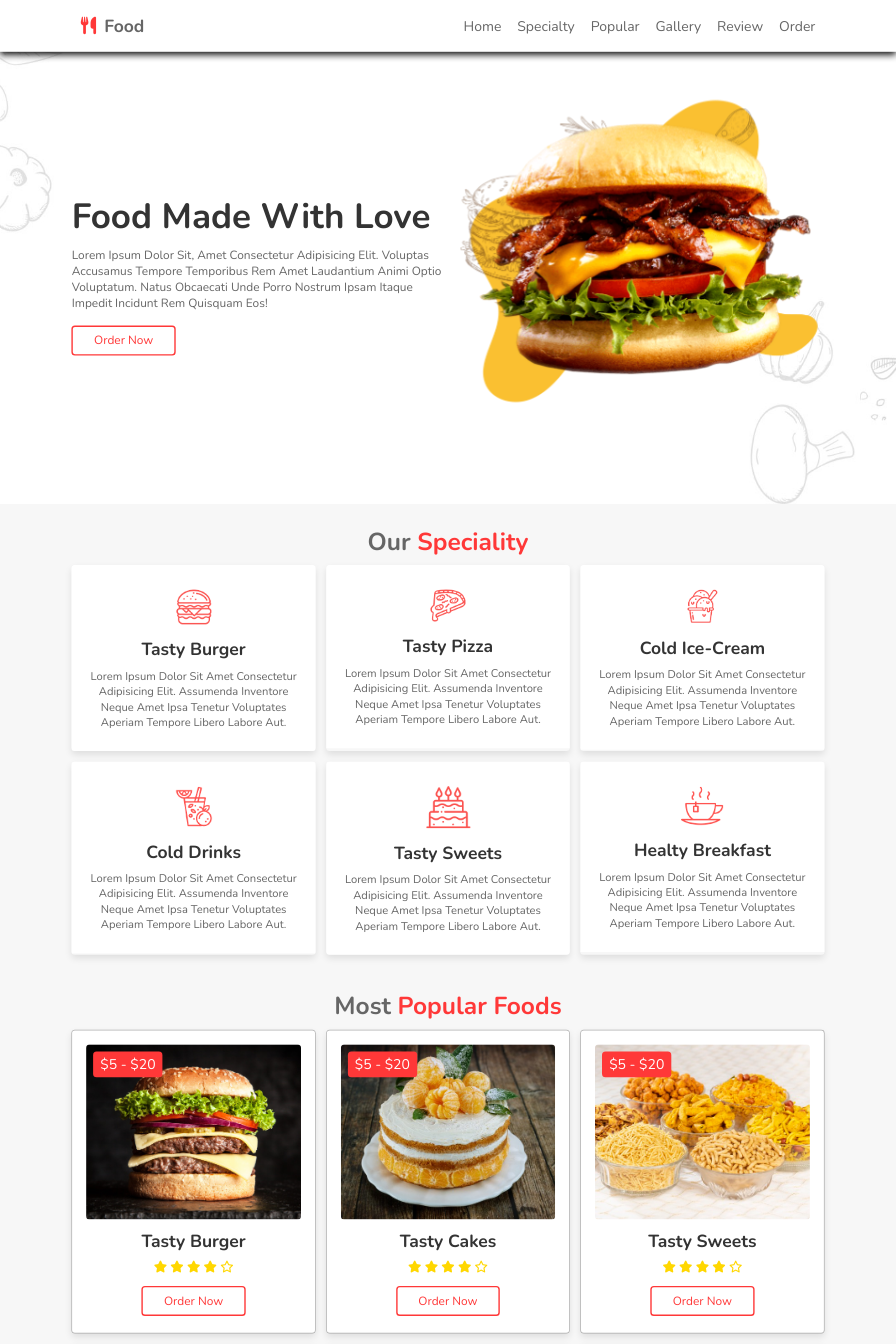
Repository: wenxi0504/ResturantApp-static-
Page: index.html
These files come from the project's save history. The page is drawn as it stood at one moment and after the next save; the edit follows.
The browser window is 1280 px wide. The pictures show the part of the page from y = 0 to 1920 px (the page is 2374 px tall before and 3242 px after), at 70% of full size.

Above is the page before, as saved 2022-01-10 00:23:33.
Console error: TypeError: Cannot read properties of null (reading 'classList')

### index.html
<!DOCTYPE html>
<html lang="en">
  <head>
    <meta charset="UTF-8" />
    <meta http-equiv="X-UA-Compatible" content="IE=edge" />
    <meta name="viewport" content="width=device-width, initial-scale=1.0" />
    <title>Maple Yip Seafood Restaurant</title>
    <!-- font awesome cnd link-->
    <link
      rel="stylesheet"
      href="https://cdnjs.cloudflare.com/ajax/libs/font-awesome/6.0.0-beta3/css/all.min.css"
    />
    <!--custom css link-->
    <link rel="stylesheet" href="./style.css" />
  </head>
  <body>
    <!--header section-->
    <header>
      <!-- current page-->
      <a href="#" class="logo"><i class="fas fa-utensils"></i> food </a>
      <div id="menu-bar" class="fas fa-bars"></div>
      <nav class="navbar">
        <a href="#home">Home</a>
        <a href="#speciality">Specialty</a>
        <a href="#popular">Popular</a>
        <a href="#gallery">gallery</a>
        <a href="#revire">Review</a>
        <a href="#order">Order</a>
      </nav>
    </header>
    <!-- header section ends-->
    <!--home section-->
    <section class="home" id="home">
      <div class="content">
        <h3>food made with love</h3>
        <p>
          Lorem ipsum dolor sit, amet consectetur adipisicing elit. Voluptas
          accusamus tempore temporibus rem amet laudantium animi optio
          voluptatum. Natus obcaecati unde porro nostrum ipsam itaque impedit
          incidunt rem quisquam eos!
        </p>
        <a href="#" class="btn">order now</a>
      </div>
      <div class="image">
        <img src="images/home-img.png" alt="home-img" />
      </div>
    </section>
    <!--home section ends-->

<!--Specialty section -->
<section class="speciality" id="speciality">
    <h1 class="heading">Our <span>Speciality</span></h1>
    <div class="box-container">
        <div class="box">
            <img class="image" src="images/s-img-1.jpg" alt="s-image">
            <div class="content">
                <img src="images/s-1.png" alt="s-1">
                <h3>tasty burger</h3>
                <p>Lorem ipsum dolor sit amet consectetur adipisicing elit. Assumenda inventore neque amet ipsa tenetur voluptates aperiam tempore libero labore aut.</p>
            </div>
        </div>
        <div class="box">
            <img class="image" src="images/s-img-2.jpg" alt="">
            <div class="content">
                <img src="images/s-2.png" alt="">
                <h3>tasty pizza</h3>
                <p>Lorem ipsum dolor sit amet consectetur adipisicing elit. Assumenda inventore neque amet ipsa tenetur voluptates aperiam tempore libero labore aut.</p>
            </div>
        </div>
        <div class="box">
            <img class="image" src="images/s-img-3.jpg" alt="">
            <div class="content">
                <img src="images/s-3.png" alt="">
                <h3>cold ice-cream</h3>
                <p>Lorem ipsum dolor sit amet consectetur adipisicing elit. Assumenda inventore neque amet ipsa tenetur voluptates aperiam tempore libero labore aut.</p>
            </div>
        </div>
        <div class="box">
            <img class="image" src="images/s-img-4.jpg" alt="">
            <div class="content">
                <img src="images/s-4.png" alt="">
                <h3>cold drinks</h3>
                <p>Lorem ipsum dolor sit amet consectetur adipisicing elit. Assumenda inventore neque amet ipsa tenetur voluptates aperiam tempore libero labore aut.</p>
            </div>
        </div>
        <div class="box">
            <img class="image" src="images/s-img-5.jpg" alt="">
            <div class="content">
                <img src="images/s-5.png" alt="">
                <h3>tasty sweets</h3>
                <p>Lorem ipsum dolor sit amet consectetur adipisicing elit. Assumenda inventore neque amet ipsa tenetur voluptates aperiam tempore libero labore aut.</p>
            </div>
        </div>
        <div class="box">
            <img class="image" src="images/s-img-6.jpg" alt="">
            <div class="content">
                <img src="images/s-6.png" alt="">
                <h3>healty breakfast</h3>
                <p>Lorem ipsum dolor sit amet consectetur adipisicing elit. Assumenda inventore neque amet ipsa tenetur voluptates aperiam tempore libero labore aut.</p>
            </div>
        </div>
    </div>
</section>
<!--Specialty section ends-->
<!--popular section-->
<section class="popular" id="popular">
    <h1 class="heading">most <span>popular foods</span></h1>
<div class="box-container">
    <div class="box">
        <span class="price"> $5 - $20 </span>
        <img src="images/p-1.jpg" alt="">
        <h3>tasty burger</h3>
        <div class="stars">
            <i class="fas fa-star"></i>
            <i class="fas fa-star"></i>
            <i class="fas fa-star"></i>
            <i class="fas fa-star"></i>
            <i class="far fa-star"></i>
        </div>
        <a href="#" class="btn">order now</a>
    </div>
    <div class="box">
        <span class="price"> $5 - $20 </span>
        <img src="images/p-2.jpg" alt="">
        <h3>tasty cakes</h3>
        <div class="stars">
            <i class="fas fa-star"></i>
            <i class="fas fa-star"></i>
            <i class="fas fa-star"></i>
            <i class="fas fa-star"></i>
            <i class="far fa-star"></i>
        </div>
        <a href="#" class="btn">order now</a>
    </div>
    <div class="box">
        <span class="price"> $5 - $20 </span>
        <img src="images/p-3.jpg" alt="">
        <h3>tasty sweets</h3>
        <div class="stars">
            <i class="fas fa-star"></i>
            <i class="fas fa-star"></i>
            <i class="fas fa-star"></i>
            <i class="fas fa-star"></i>
            <i class="far fa-star"></i>
        </div>
        <a href="#" class="btn">order now</a>
    </div>
    <div class="box">
        <span class="price"> $5 - $20 </span>
        <img src="images/p-4.jpg" alt="">
        <h3>tasty cupcakes</h3>
        <div class="stars">
            <i class="fas fa-star"></i>
            <i class="fas fa-star"></i>
            <i class="fas fa-star"></i>
            <i class="fas fa-star"></i>
            <i class="far fa-star"></i>
        </div>
        <a href="#" class="btn">order now</a>
    </div>
    <div class="box">
        <span class="price"> $5 - $20 </span>
        <img src="images/p-5.jpg" alt="">
        <h3>cold drinks</h3>
        <div class="stars">
            <i class="fas fa-star"></i>
            <i class="fas fa-star"></i>
            <i class="fas fa-star"></i>
            <i class="fas fa-star"></i>
            <i class="far fa-star"></i>
        </div>
        <a href="#" class="btn">order now</a>
    </div>
    <div class="box">
        <span class="price"> $5 - $20 </span>
        <img src="images/p-6.jpg" alt="">
        <h3>cold ice-cream</h3>
        <div class="stars">
            <i class="fas fa-star"></i>
            <i class="fas fa-star"></i>
            <i class="fas fa-star"></i>
            <i class="fas fa-star"></i>
            <i class="far fa-star"></i>
        </div>
        <a href="#" class="btn">order now</a>
    </div>
</div>
</section>
<!--popular section ends-->
    <!--custom js file link-->
    <script src="script.js"></script>
  </body>
</html>

### style.css
@import url('https://fonts.googleapis.com/css2?family=Nunito:wght@200;300;400;600;700&display=swap');

:root{
--red:#ff3838;
}
 /* match everything */
*{
    font-family: 'Nunito', sans-serif;
    margin:0;
    padding:0;
    box-sizing:border-box;
    outline:none;
    border:none;
    text-decoration: none;
    /* text 大小写 */
    text-transform: capitalize;
    transition: all .2s linear;
}

/* the part that the user choose to highlight */
*::selection{
    background:var(--red);
    color:#fff;
  }

html{
    font-size: 62.5%;
    overflow-x: hidden;
    scroll-behavior: smooth;
    scroll-padding-top:6rem;
}

body{
    background: #f7f7f7;
}

header{
    position:fixed;
    top:0;
    left:0;
    right: 0;
    z-index:1000;
    display: flex;
    align-items: center;
    justify-content: space-between;
    background:#fff;
    padding:2rem 9%;
    box-shadow: 0 .5rem 1rem rgba(0,0,0,1);

}

header .logo{
    font-size:2.5rem;
    font-weight: bolder;
    color:#666;
}

header .logo i{
    padding-right: .5rem;
    color:var(--red);
}

header .navbar a{
    font-size: 2rem;
    margin-left: 2rem;
    color:#666;
  }

header .navbar a:hover{

    color:var(--red);
}

#menu-bar{

    font-size:3rem;
    cursor:pointer;
    color:#666;
    border:.1rem solid #666;
    border-radius: .3rem;
    padding:.5rem 1.5rem;
    display: none;
}
/* section part  */
section{
  padding: 2rem 8%;
}

.home{
  display:flex;
  flex-wrap: wrap;
  gap:1.5rem;
  min-height:100vh;
  align-items:center;
  background:url(./images/home-bg.jpg) no-repeat;
  background-size:cover;
  background-position: center;
}

.home .content{
  flex: 1 1 40rem;
  padding-top: 6.5rem;
}

.home .image{
  flex: 1 1 40rem;
}

/* image floating upside-down */
.home .image img{
  width:100%;
  padding:1rem;
  animation:float 3s linear infinite;
}

@keyframes float{
  0%, 100%{
    transform:translateY(0rem);
  }
  50%{
    transform:translateY(3rem);
  }
}

.home .content h3{
font-size: 5rem;
color:#333;
}

.home .content p{
  font-size: 1.7rem;
  color:#666;
  padding:1rem 0;
}

/* order button */
.btn{
  display: inline-block;
  padding:.8rem 3rem;
  border:.2rem solid var(--red);
  color:var(--red);
  cursor: pointer;
  font-size:1.7rem;
  border-radius:.5rem;
  position: relative;
  overflow: hidden;
  z-index: 0;
  margin-top: 1rem;
}

.btn::before{
  content: '';
  position: absolute;
  top:0; right: 0;
  width:0%;
  height:100%;
  background:var(--red);
  transition: .3s linear;
  z-index: -1;
}

.btn:hover::before{
  width:100%;
  left:0;
}

.btn:hover{
  color:#fff;
}

/* Speciality */
/* Our Speciality */
.heading{
  text-align:center;
  font-size:3.5rem;
  padding:1rem;
  color:#666
}

.heading span{
  color:var(--red);
}

/* top layout */
.speciality .box-container{
  display: flex;
  /* Make flexbox elements break when necessary */
  flex-wrap: wrap;
  gap:1.5rem;
}

.speciality .box-container .box{
  flex:1 1 30rem;
  position: relative;
  overflow: hidden;
  box-shadow: 0 .5rem 1rem rgba(0,0,0,.1);
  cursor: pointer;
  border-radius:.5rem;

}

.speciality .box-container .box .image{
  height: 100%;
  width: 100%;
  object-fit: cover;
  position: absolute;
  top:-100%;
  left:0;
}

.speciality .box-container .box .content{
  text-align: center;
  background:#fff;
  padding:2rem;
}

.speciality .box-container .box .content img{
  margin:1.5rem 0;
}

.speciality .box-container .box .content h3{
  font-size: 2.5rem;
  color:#333;
}

.speciality .box-container .box .content p{
  font-size: 1.6rem;
  color:#666;
  padding:1rem 0;
}

.speciality .box-container .box:hover .image{
  top:0;
}

.speciality .box-container .box:hover .content{
  transform: translateY(100%);
}

/* popular section */
.popular .box-container{
  display: flex;
  flex-wrap: wrap;
  gap:1.5rem;
}

.popular .box-container .box{
  padding:2rem;
  background:#fff;
  box-shadow: 0 .5rem 1rem rgba(0,0,0,.1);
  border:.1rem solid rgba(0,0,0,.3);
  border-radius: .5rem;
  text-align: center;
  flex:1 1 30rem;
  position: relative;
}

.popular .box-container .box img{
  height:25rem;
  object-fit: cover;
  width:100%;
  border-radius: .5rem;
}

.popular .box-container .box .price{
  position: absolute;
  top:3rem; left:3rem;
  background:var(--red);
  color:#fff;
  font-size: 2rem;
  padding:.5rem 1rem;
  border-radius: .5rem;
}

.popular .box-container .box h3{
  color:#333;
  font-size: 2.5rem;
  padding-top: 1rem;
}

.popular .box-container .box .stars i{
  color:gold;
  font-size: 1.7rem;
  padding:1rem .1rem;
}




/* media queries for different devices */


@media(max-width:991px){

    html{
      font-size: 55%;
    }

    header{
      padding:2rem;
    }

    section{
      padding:2rem;
    }

  }

  @media(max-width:768px){

    #menu-bar{
      display: initial;
    }

    header .navbar{
      position: absolute;
      top:100%; left: 0; right:0;
      background: #f7f7f7;
      border-top: .1rem solid rgba(0,0,0,.1);
      clip-path: polygon(0 0, 100% 0, 100% 0%, 0 0);
    }

    header .navbar.active{
      clip-path: polygon(0 0, 100% 0, 100% 100%, 0% 100%);
    }

    header .navbar a{
      margin: 1.5rem;
      padding:1.5rem;
      display: block;
      border:.2rem solid rgba(0,0,0,.1);
      border-left:.5rem solid var(--red);
      background:#fff;

    }

  }


  @media(max-width:450px){

    html{
      font-size: 50%;
    }

    .order .row form .inputBox input{
      width:100%;}
    }

### script.js
let menu= document.querySelector('#menu-bar');
let navbar=document.querySelector('.navbar');

menu.onclick=()=>{
    // 'fa-time' is "X" icon
    menu.classList.toggle('fa-times');
    navbar.classList.toggle('active');
}

window.onscroll= () =>{
    menu.classList.remove('fa-times');
    navbar.classList.remove('active');

    if(window.scrollY>60)
    {
        document.querySelector('#scroll-top').classList.add('active');
    }
    else
    {   document.querySelector('#scroll-top').classList.remove('active');

    }
}

After the next save:
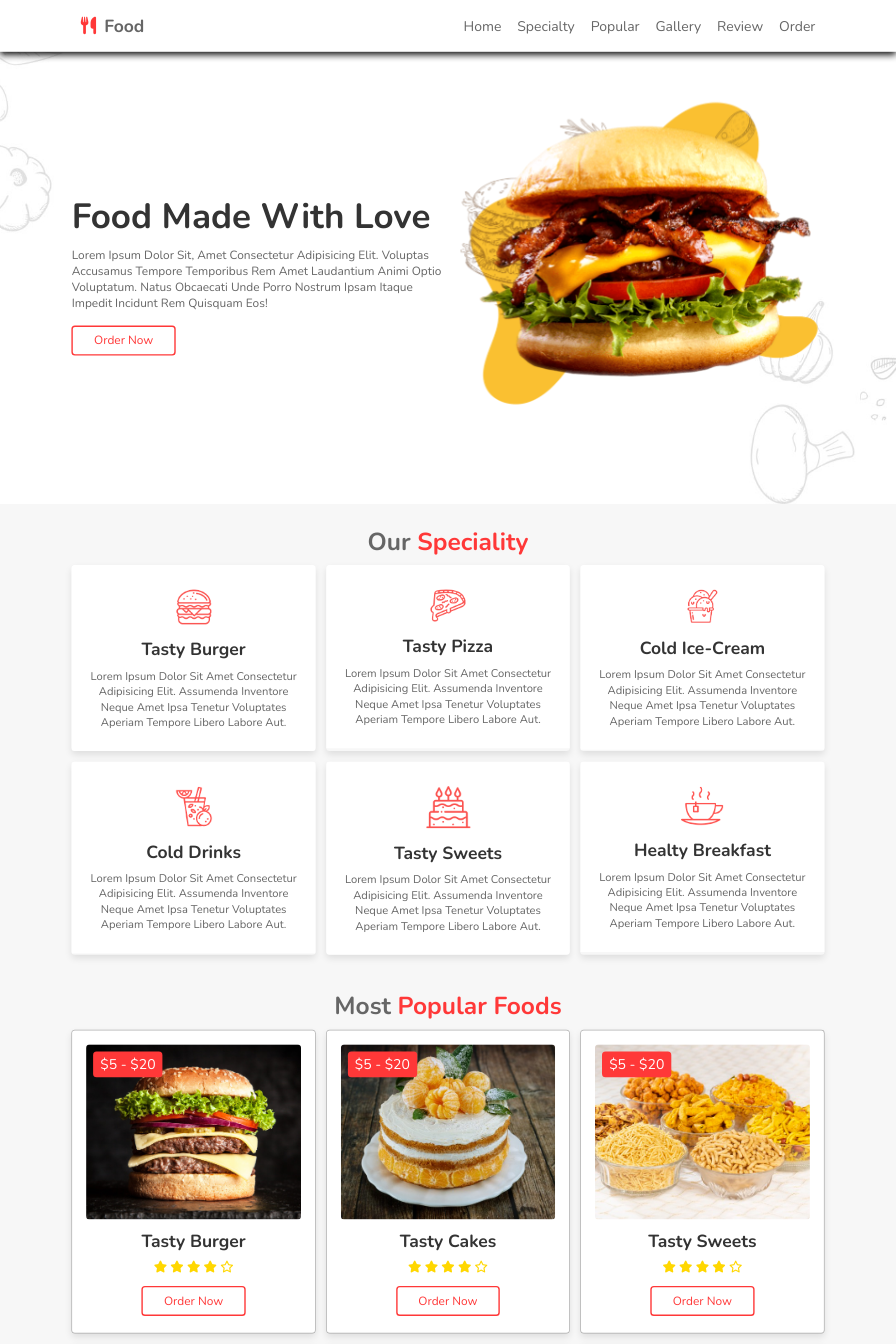
Saved 7 min 6 s later.
--- a/index.html
+++ b/index.html
@@ -187,6 +187,34 @@
 </div>
 </section>
 <!--popular section ends-->
+<!--steps section-->
+<div class="step-container">
+
+    <h1 class="heading">how it <span>works</span></h1>
+
+    <section class="steps">
+
+        <div class="box">
+            <img src="images/step-1.jpg" alt="">
+            <h3>choose your favorite food</h3>
+        </div>
+        <div class="box">
+            <img src="images/step-2.jpg" alt="">
+            <h3>free and fast delivery</h3>
+        </div>
+        <div class="box">
+            <img src="images/step-3.jpg" alt="">
+            <h3>easy payments methods</h3>
+        </div>
+        <div class="box">
+            <img src="images/step-4.jpg" alt="">
+            <h3>and finally, enjoy your food</h3>
+        </div>
+
+    </section>
+
+</div>
+<!-- steps section ends-->
     <!--custom js file link-->
     <script src="script.js"></script>
   </body>
